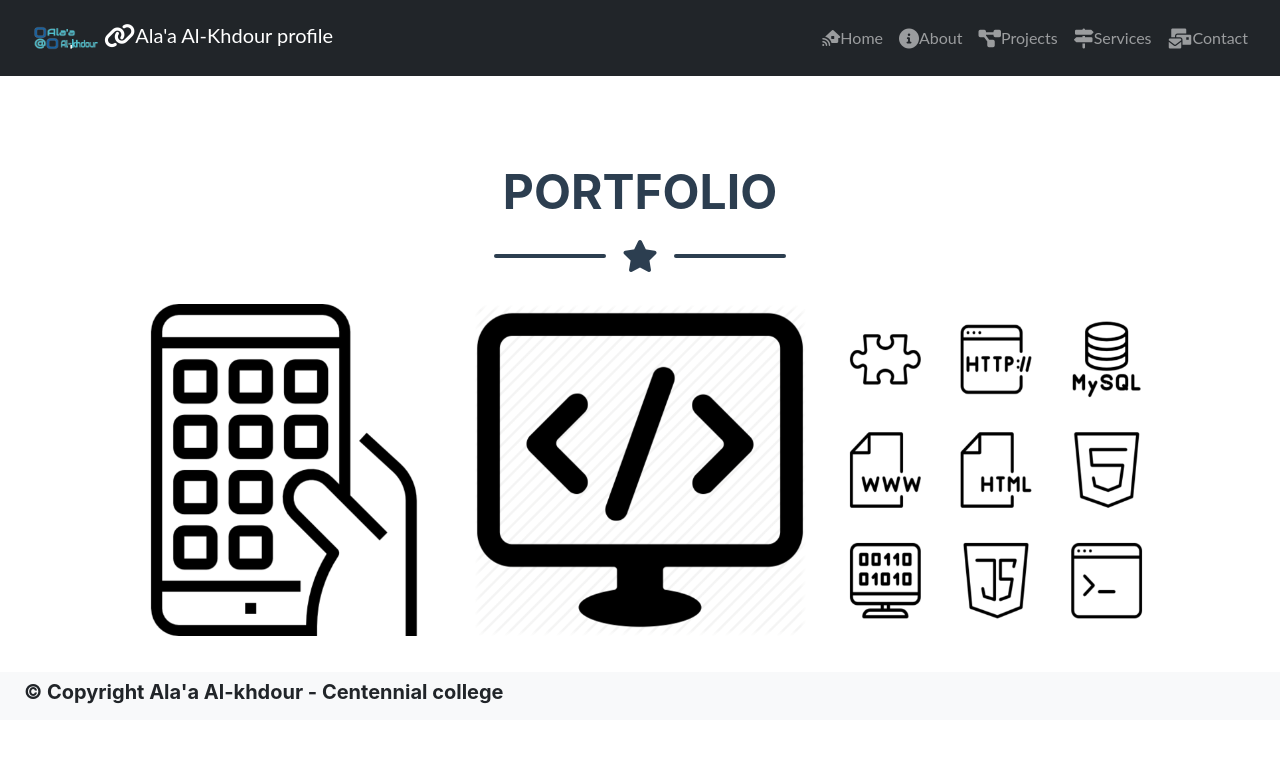
Repository: alaakhdour/heroukulivesite-section1
Page: http://localhost/services
The author's editor kept a copy of each file at every save. The page is drawn from the files as they stood at one save, then again after the next save.
The browser window is 1280 px wide. The pictures show the whole page.
The page is served by the project's Node server (server.js).

Above is the page before, as saved 2022-06-18 02:51:14.

After the next save:
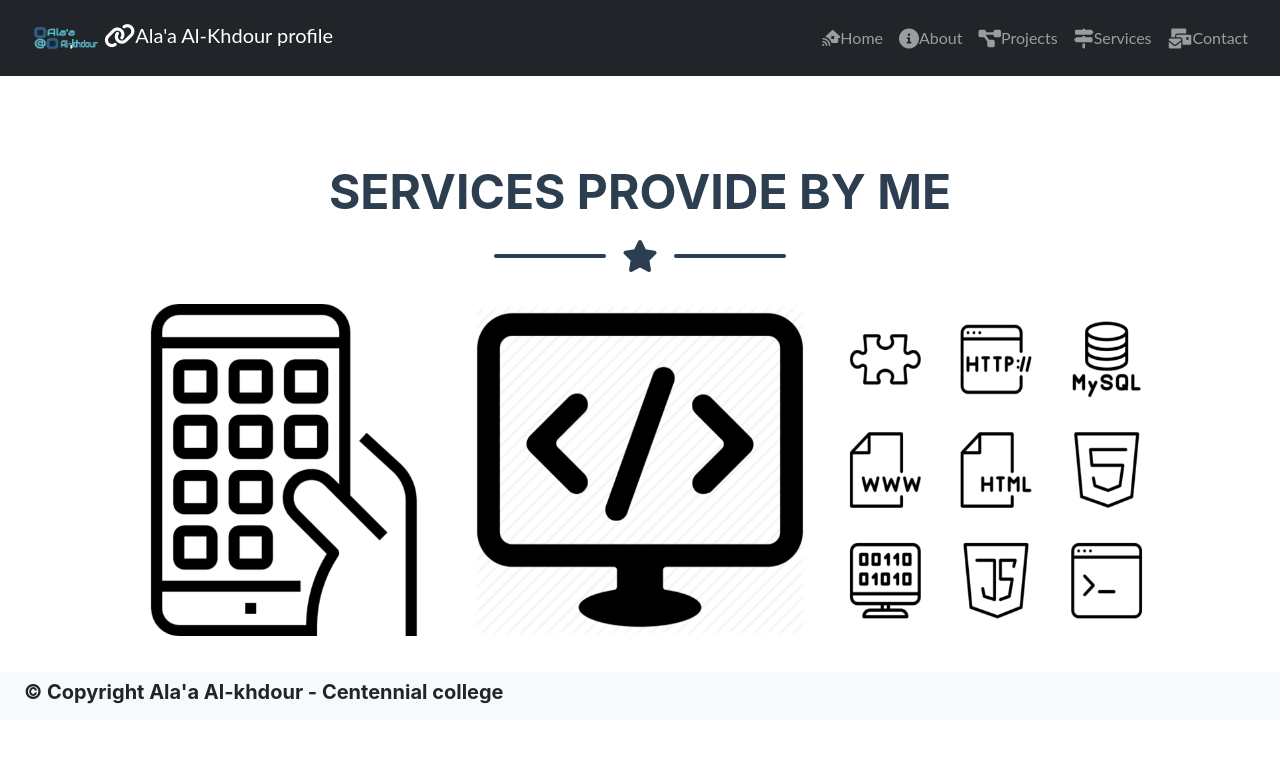
Saved 34 s later.
--- a/Server/Views/content/services.ejs
+++ b/Server/Views/content/services.ejs
@@ -2,7 +2,7 @@
     <section class="page-section portfolio" id="portfolio">
         <div class="container">
             <!-- Portfolio Section Heading-->
-            <h2 class="page-section-heading text-center text-uppercase text-secondary mb-0">Portfolio</h2>
+            <h2 class="page-section-heading text-center text-uppercase text-secondary mb-0">Services provide by Me</h2>
             <!-- Icon Divider-->
             <div class="divider-custom">
                 <div class="divider-custom-line"></div>
